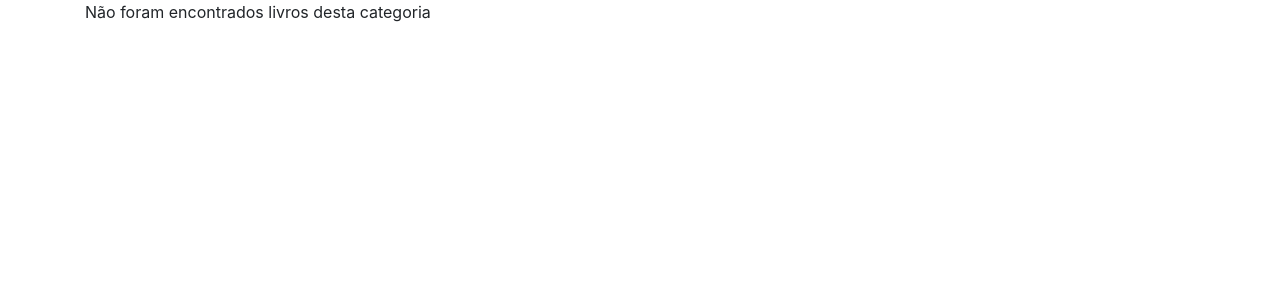
Repository: SrtaVerdant/projeto-livraria
Page: http://localhost/ProjetoLivraria/consultaLivroPorCategoria.jsp
These files come from the project's save history. The page is drawn as it stood at one moment and after the next save; the edit follows.
The browser window is 1280 px wide. The pictures show the whole page.
Some web libraries are served in a nearby version. The page is served by Tomcat 9. Other server files are loaded and not shown. Queries for data that is not in the repository find no rows.

Above is the page before, as saved 2022-10-29 23:47:55.

### ProjetoLivraria/src/main/webapp/consultaLivroPorCategoria.jsp
<%@page import="com.livraria.dao.CategoriaDao"%>
<%@page import="com.livraria.bean.Categoria"%>
<%@page import="java.util.List"%>
<%@ page language="java" contentType="text/html; charset=ISO-8859-1"
    pageEncoding="UTF-8"%>
<!DOCTYPE html>
<html>
	<head>
		<meta charset="UTF-8">
		<title>Consultar livro por categoria</title>
		<link rel="stylesheet" href="https://cdn.jsdelivr.net/npm/bootstrap@4.0.0/dist/css/bootstrap.min.css" integrity="sha384-Gn5384xqQ1aoWXA+058RXPxPg6fy4IWvTNh0E263XmFcJlSAwiGgFAW/dAiS6JXm" crossorigin="anonymous">
		<script src="https://code.jquery.com/jquery-3.2.1.slim.min.js" integrity="sha384-KJ3o2DKtIkvYIK3UENzmM7KCkRr/rE9/Qpg6aAZGJwFDMVNA/GpGFF93hXpG5KkN" crossorigin="anonymous"></script>
		<script src="https://cdn.jsdelivr.net/npm/popper.js@1.12.9/dist/umd/popper.min.js" integrity="sha384-ApNbgh9B+Y1QKtv3Rn7W3mgPxhU9K/ScQsAP7hUibX39j7fakFPskvXusvfa0b4Q" crossorigin="anonymous"></script>
		<script src="https://cdn.jsdelivr.net/npm/bootstrap@4.0.0/dist/js/bootstrap.min.js" integrity="sha384-JZR6Spejh4U02d8jOt6vLEHfe/JQGiRRSQQxSfFWpi1MquVdAyjUar5+76PVCmYl" crossorigin="anonymous"></script>
	</head>
	<body>

		<%@page import="com.livraria.bean.*, com.livraria.dao.*" %>
		<%@ taglib uri="http://java.sun.com/jsp/jstl/core" prefix="c" %>

		<%
			String categoria = request.getParameter("categoria");
			List<Livro> livro = LivroDao.getLivroPorCategoria(categoria);
			request.setAttribute("livro", livro);

		%>

		<div class="container">
			<%
				if(livro.isEmpty()){
					out.println("Não foram encontrados livros desta categoria");
				}else{
			%>
			<table>
				<tr>
					<th>ID</th>
					<th>Titulo</th>
					<th>Autor</th>
					<th>Categoria</th>
					<th>Preço</th>
					<th>Editar</th>
					<th>Excluir</th>
				</tr>



				<c:forEach items="${livro}" var="livro">
					<tr>
						<td>${livro.getCodlivro()}</td>
						<td>${livro.getTitulo()}</td>
						<td>${livro.getAutor()}</td>
						<td>${livro.getCategoria()}</td>
						<td>${livro.getPreco()}</td>
						<td> <a href="editar.jsp?codlivro=${livro.getCodlivro()}">Editar</a> </td>
						<td> <a href="">Excluir</a> </td>
					</tr>
				</c:forEach>
			</table>

			<% } %>
		</div>


	</body>

</html>

### ProjetoLivraria/src/main/java/com/livraria/dao/LivroDao.java
package com.livraria.dao;

import java.sql.Connection;
import java.sql.DriverManager;
import java.sql.PreparedStatement;
import java.sql.ResultSet;
import java.sql.SQLException;
import java.util.ArrayList;
import java.util.List;

import com.livraria.bean.Livro;

public class LivroDao {
	public static Connection getConnection() {
		Connection connection = null;

		try {
			Class.forName("com.mysql.cj.jdbc.Driver");
			connection = DriverManager.getConnection("jdbc:mysql://localhost/bdlivraria", "root", "root");
		}catch (Exception e) {
			System.out.println(e);
		}
		return connection;
	}


	public static List<Livro> listar() {
		List<Livro> list = new ArrayList<Livro>();

		try {
			Connection connection = getConnection();
			PreparedStatement ps = connection.prepareStatement("SELECT * FROM tblivros");
			ResultSet rs = ps.executeQuery();

			while(rs.next()) {
				Livro livro = new Livro();
				livro.setCodlivro(rs.getInt("codlivro"));
				livro.setTitulo(rs.getString("titulo"));
				livro.setAutor(rs.getString("autor"));
				livro.setCategoria(rs.getString("categoria"));;
				livro.setPreco(rs.getFloat("valor"));
				list.add(livro);
			}
		}catch (Exception e) {
			System.out.println(e);
		}

		return list;
	}

	public static Livro getPorId(int codlivro) {
		Livro livro = null;

		try {
			Connection connection = getConnection();
			PreparedStatement ps =  connection.prepareStatement("SELECT * FROM tblivros WHERE codlivro=?");
			ps.setInt(1, codlivro);
			ResultSet rs = ps.executeQuery();

			while (rs.next()) {
				livro = new Livro();
				livro.setCodlivro(rs.getInt("codlivro"));
				livro.setTitulo(rs.getString("titulo"));
				livro.setAutor(rs.getString("autor"));
				livro.setCategoria(rs.getString("categoria"));
				livro.setPreco(rs.getFloat("valor"));

			}
		}catch (Exception e) {
			System.out.println(e);
		}

		return livro;
	}

	public void alterar(Livro livro) {
		try {
			Connection connection = getConnection();
			PreparedStatement ps = connection.prepareStatement("UPDATE tblivros SET titulo=?, autor=?, categoria=?, valor=? WHERE codlivro=?");

			ps.setString(1, livro.getTitulo());
			ps.setString(2, livro.getAutor());
			ps.setString(3, livro.getCategoria());
			ps.setFloat(4, livro.getPreco());
			ps.setInt(5, livro.getCodlivro());
			ps.execute();
			ps.close();

		}catch (SQLException e) {
			throw new RuntimeException(e);

		}

	}

	public static List<Livro> getLivroPorCategoria(String categoria) {
		List<Livro> list = new ArrayList<Livro>();

		System.out.println(categoria);

		try {
			Connection connection = getConnection();
			PreparedStatement ps =  connection.prepareStatement("SELECT * FROM tblivros WHERE categoria=?");
			ps.setString(1, categoria);
			ResultSet rs = ps.executeQuery();

			while (rs.next()) {
				Livro livro = new Livro();
				livro.setCodlivro(rs.getInt("codlivro"));
				livro.setTitulo(rs.getString("titulo"));
				livro.setAutor(rs.getString("autor"));
				livro.setCategoria(rs.getString("categoria"));
				livro.setPreco(rs.getFloat("valor"));
				list.add(livro);
			}
		}catch (Exception e) {
			System.out.println(e);
		}

		return list;
	}





}

After the next save:
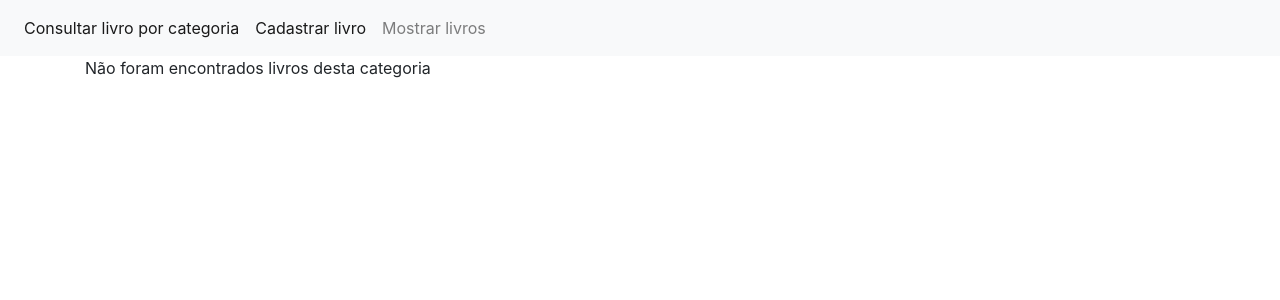
Saved 56 s later.
--- a/ProjetoLivraria/src/main/webapp/consultaLivroPorCategoria.jsp
+++ b/ProjetoLivraria/src/main/webapp/consultaLivroPorCategoria.jsp
@@ -14,6 +14,21 @@
 		<script src="https://cdn.jsdelivr.net/npm/bootstrap@4.0.0/dist/js/bootstrap.min.js" integrity="sha384-JZR6Spejh4U02d8jOt6vLEHfe/JQGiRRSQQxSfFWpi1MquVdAyjUar5+76PVCmYl" crossorigin="anonymous"></script>
 	</head>
 	<body>
+	<nav class="navbar navbar-expand-lg navbar-light bg-light">
+	  <div class="collapse navbar-collapse" id="navbarNav">
+	    <ul class="navbar-nav">
+	   		<li class="nav-item active">
+	        <a class="nav-link" href="#">Consultar livro por categoria <span class="sr-only">(current)</span></a>
+	      </li>
+	      <li class="nav-item active">
+	        <a class="nav-link" href="#">Cadastrar livro <span class="sr-only">(current)</span></a>
+	      </li>
+	      <li class="nav-item">
+	        <a class="nav-link" href="#">Mostrar livros</a>
+	      </li>
+	    </ul>
+	  </div>
+	</nav>
 
 		<%@page import="com.livraria.bean.*, com.livraria.dao.*" %>
 		<%@ taglib uri="http://java.sun.com/jsp/jstl/core" prefix="c" %>
